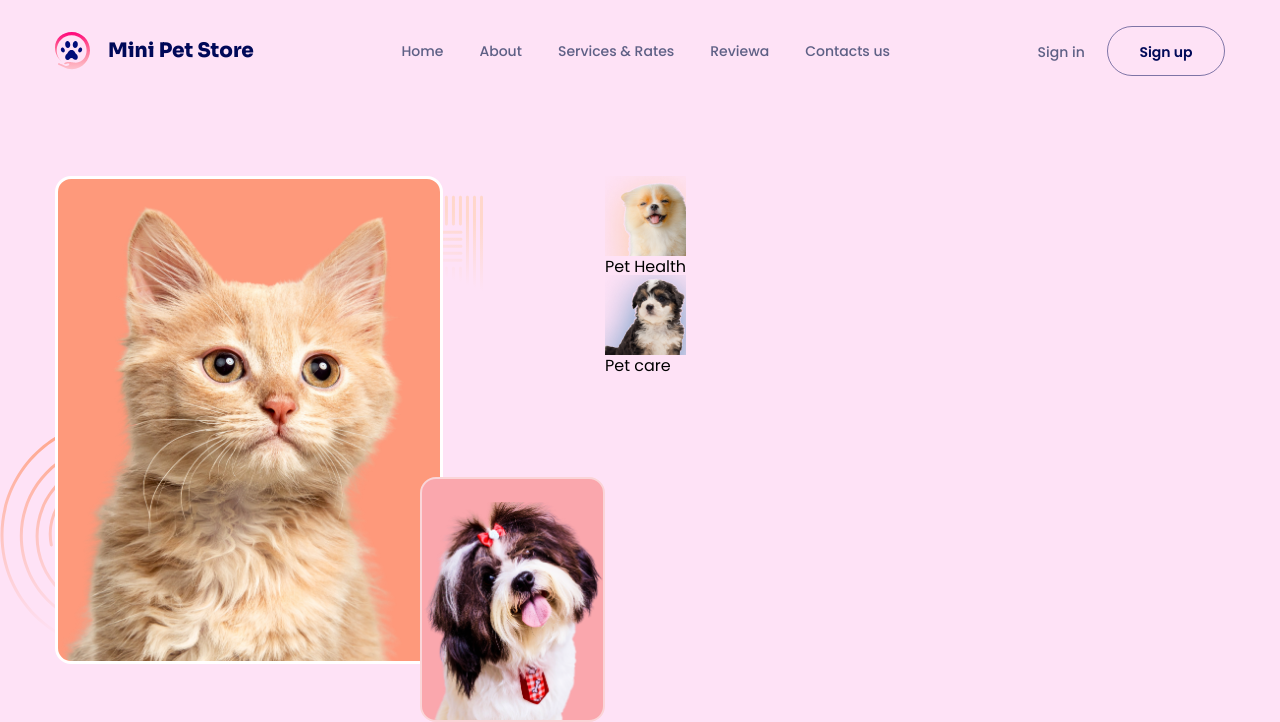
Repository: Tran-Dat/ASM-HTML5-F8-04
Page: index.html
The author's editor kept a copy of each file at every save. The page is drawn from the files as they stood at one save, then again after the next save.
The browser window is 1280 px wide. The pictures show the whole page.

Above is the page before, as saved 2023-06-12 16:20:42.

After the next save:
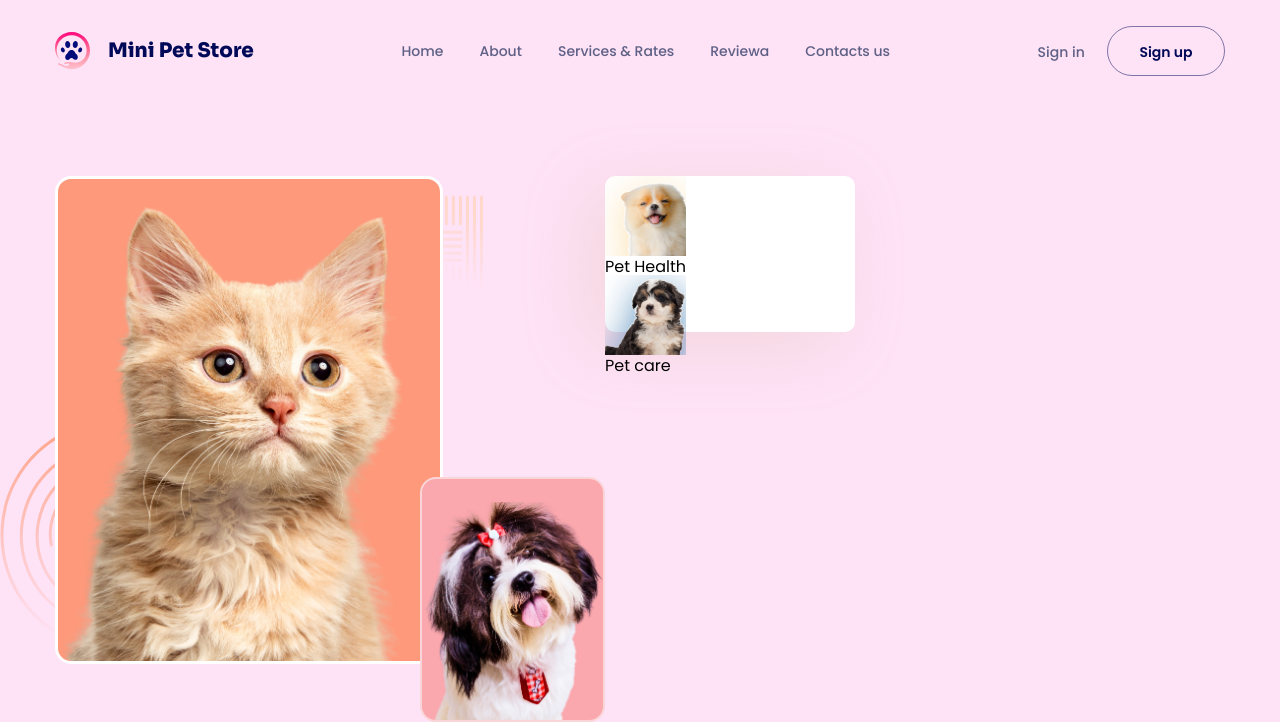
Saved 24 s later.
--- a/assets/css/styles.css
+++ b/assets/css/styles.css
@@ -168,10 +168,10 @@
     border: 2px solid #fad5d8;
 }
 
-.hero__img-small {
-}
-
 .hero__list {
     width: 250px;
     height: 156px;
+    background: #ffffff;
+    box-shadow: -17px 14px 68px -4px rgba(207, 174, 132, 0.25);
+    border-radius: 10px;
 }
